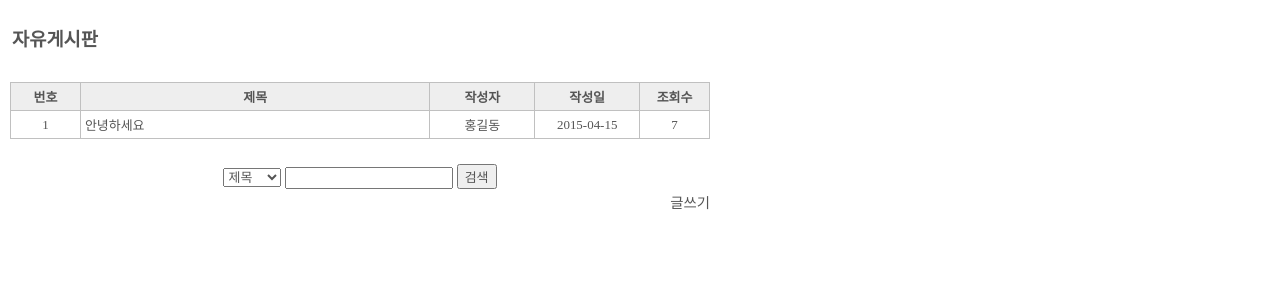
Repository: dntjr031/jsp_workspace
Page: http://localhost/Herbmall/board/list.jsp
The author's editor kept a copy of each file at every save. The page is drawn from the files as they stood at one save, then again after the next save.
The browser window is 1280 px wide. The pictures show the whole page.
The page is served by Tomcat 9. Other server files are loaded and not shown. Queries for data that is not in the repository find no rows.

Above is the page before, as saved 2020-06-09 03:34:24.

### Herbmall/WebContent/board/list.jsp
<%@page import="java.sql.SQLException"%>
<%@page import="com.herbmall.board.model.BoardVo"%>
<%@page import="java.util.List"%>
<%@page import="com.herbmall.board.model.boardDAO"%>
<%@page import="java.util.ArrayList"%>
<%@ page language="java" contentType="text/html; charset=utf-8" pageEncoding="utf-8"%>
<%
	//[1] write_ok.jsp 에서 등록이 완료되면 get방식으로 이동
	//[2] write.jsp 에서 [글목록]을 누르면 get방식으로 이동

	//1
	//2
	boardDAO dao = new boardDAO();
	List<BoardVo> list = null;

	try{
		list = dao.selectAll();
	}catch(SQLException e){
		e.printStackTrace();
	}

	//3
%>
<!DOCTYPE HTML>
<html lang="ko">
<head>
<title>자유게시판 글 목록 - 허브몰</title>
<meta charset="utf-8">
<link rel="stylesheet" type="text/css" href="../css/mainstyle.css" />
<link rel="stylesheet" type="text/css" href="../css/clear.css" />
<link rel="stylesheet" type="text/css" href="../css/formLayout.css" />
<link rel="stylesheet" type="text/css" href="../css/mystyle.css" />

<script type="text/javascript">

</script>
<style type="text/css">
	body{
		padding:5px;
		margin:5px;
	 }
</style>
</head>
<body>
<h2>자유게시판</h2>
<div class="divList">
<table class="box2"
	 	summary="기본 게시판에 관한 표로써, 번호, 제목, 작성자, 작성일, 조회수에 대한 정보를 제공합니다.">
	<caption>기본 게시판</caption>
	<colgroup>
		<col style="width:10%;" />
		<col style="width:50%;" />
		<col style="width:15%;" />
		<col style="width:15%;" />
		<col style="width:10%;" />
	</colgroup>
	<thead>
	  <tr>
	    <th scope="col">번호</th>
	    <th scope="col">제목</th>
	    <th scope="col">작성자</th>
	    <th scope="col">작성일</th>
	    <th scope="col">조회수</th>
	  </tr>
	</thead>
	<tbody>
		<%if(list == null){%>
			<tr>
				<td colspan="5" class="align_center">게시판 글이 존재하지 않습니다.</td>
			</tr>
		<%}else{%>
	  <!--게시판 내용 반복문 시작  -->
		<tr  style="text-align:center">
			<td>1</td>
			<td style="text-align:left"><a href="detail.jsp">안녕하세요</a></td>
			<td>홍길동</td>
			<td>2015-04-15</td>
			<td>7</td>
		</tr>
	  <!--반복처리 끝  -->
	  <% } //if %>
	  </tbody>
</table>
</div>
<div class="divPage">
	<!-- 페이지 번호 추가 -->

	<!-- [1][2][3][4][5][6][7][8][9][10] -->

	<!--  페이지 번호 끝 -->
</div>
<div class="divSearch">
   	<form name="frmSearch" method="post" action=''>
        <select name="searchCondition">
            <option value="title" >제목</option>
            <option value="content">내용</option>
            <option value="name">작성자</option>
        </select>
        <input type="text" name="searchKeyword" title="검색어 입력">
		<input type="submit" value="검색">
    </form>
</div>

<div class="divBtn">
    <a href='write.jsp' >글쓰기</a>
</div>

</body>
</html>

### Herbmall/src/com/herbmall/board/model/boardDAO.java
package com.herbmall.board.model;

import java.sql.Connection;
import java.sql.PreparedStatement;
import java.sql.ResultSet;
import java.sql.SQLException;
import java.sql.Timestamp;
import java.util.ArrayList;
import java.util.List;

import com.herbmall.db.ConnectionPoolMgr;

public class boardDAO {
	private ConnectionPoolMgr pool = null;

	public boardDAO() {
		pool = new ConnectionPoolMgr();
	}

	public int insertBoard(BoardVo vo) throws SQLException {
		Connection con = null;
		PreparedStatement ps = null;

		try {
			con = pool.getConnection();

			String sql = "insert into board(NO, NAME, PWD, TITLE, EMAIL, CONTENT)\n"
					+ "values(BOARD_SEQ.nextval, ?, ?, ?, ?, ?)";
			ps = con.prepareStatement(sql);

			ps.setString(1, vo.getName());
			ps.setString(2, vo.getPwd());
			ps.setString(3, vo.getTitle());
			ps.setString(4, vo.getEmail());
			ps.setString(5, vo.getContent());

			int cnt = ps.executeUpdate();
			System.out.println("글 등록 결과 cnt=" + cnt +", 매개변수 vo=" + vo);

			return cnt;
		} finally {
			pool.dbClose(con, ps);
		}
	}
	/**
	 *
	 * @return
	 * @throws SQLException
	 */
	public List<BoardVo> selectAll() throws SQLException {
		Connection con = null;
		PreparedStatement ps = null;
		ResultSet rs = null;

		try {
			con = pool.getConnection();

			String sql = "select * from board order by no desc";
			ps = con.prepareStatement(sql);

			rs = ps.executeQuery();

			List<BoardVo> list = new ArrayList<>();
			while (rs.next()) {
				int no = rs.getInt("no");
				String title = rs.getString("title");
				String name = rs.getString("name");
				String pwd = rs.getString("pwd");
				String email = rs.getString("email");
				String content = rs.getString("content");
				int readcount = rs.getInt("readcount");
				Timestamp regdate = rs.getTimestamp("regdate");

				BoardVo vo = new BoardVo(no, name, pwd, title, email, regdate, readcount, content);
				list.add(vo);
			}

			System.out.println("글목록 결과 list.size=" + list.size());
			return list;

		}finally {
			pool.dbClose(con, ps, rs);
		}
	}

}

### Herbmall/src/com/herbmall/db/ConnectionPoolMgr.java
package com.herbmall.db;

import java.sql.Connection;
import java.sql.DriverManager;
import java.sql.PreparedStatement;
import java.sql.ResultSet;
import java.sql.SQLException;

public class ConnectionPoolMgr {
	public ConnectionPoolMgr() {
		// 드라이버 연결
		try {
			Class.forName("oracle.jdbc.driver.OracleDriver");
			System.out.println("드라이버 로딩 성공!");
		} catch (ClassNotFoundException e) {
			System.out.println("드라이버 로딩 실패!");
			e.printStackTrace();
		}
	}

	public Connection getConnection(String user, String upwd, String url) throws SQLException {
		// con
		Connection con = DriverManager.getConnection(url, user, upwd);
		System.out.println("db연결 여부 con=" + con);

		return con;
	}

	public Connection getConnection(String user, String upwd) throws SQLException {
		// con
		String url = "jdbc:oracle:thin:@DESKTOP-Q8AMKFB:1521:xe";
		Connection con = getConnection(user, upwd,url);
		return con;
	}

	public Connection getConnection() throws SQLException {
		// con
		String url = "jdbc:oracle:thin:@DESKTOP-Q8AMKFB:1521:xe";
		String user="herb", password="herb123";

		Connection con = getConnection(user, password,url);
		return con;
	}

	public void dbClose(Connection con, PreparedStatement ps, ResultSet rs) throws SQLException {
		if (rs != null)
			rs.close();
		if (ps != null)
			ps.close();
		if (con != null)
			con.close();

	}

	public void dbClose(Connection con, PreparedStatement ps) throws SQLException {

		if (ps != null)
			ps.close();
		if (con != null)
			con.close();

	}
}

### Herbmall/WebContent/css/mainstyle.css
@CHARSET "utf-8";
/* body{margin:0} */

body, td, th, span, p{
	font-family: 맑은 고딕, 한컴돋움, 돋움;
	font-size: 0.9em;
	color:#555555;
}

td, th{
	padding:4px;
}

a:link{color:#555555;text-decoration:none}
a:visited{color:#555555;text-decoration:none}
a:hover{color:#047CC1;text-decoration:underline;}
a:active{color:#047CC1;text-decoration:underline;}

input,Textarea, select {
    font-family:맑은 고딕, 한컴돋움, 돋움;
	font-size: 0.9em;
	color:#555555;
}

table{
	margin: 0;
	padding: 0;
	border-collapse: collapse;
}

table.box, table.box2{
	margin: 0;
	padding: 0;
	border:  1px solid silver;
	border-collapse: collapse;
}

table.box2 th{
	background-color: #eeeeee;
	border:  1px solid silver ;
}

table.box2 td{
	border:  1px solid silver ;
}

td.line
{
	border-bottom: 1px solid silver;
}



table.box3{
	margin: 0;
	padding: 0;
	border-top:  1px solid silver;
	border-bottom:  1px solid silver;
	border-collapse: collapse;
}

table.box3 td{
	border-top:  1px solid silver;
	border-bottom:  1px solid silver;
}

.box4
{
	background-color: #eeeeee;
}

.divPdList{
	width:800px;
	padding:10px 5px 10px 0;
	margin:10px 0 35px 3px;
	border: 1px solid silver;
}

.errorMessage{
	color:red;
	font-size:0.8em;
}

### Herbmall/WebContent/css/clear.css
@CHARSET "utf-8";
body,div,dl,dt,dd,ul,ol,li,h1,h2,h3,h4,h5,h6,pre,form,fieldset,p,blockquote {
	margin:0;
	padding:0;
}
table {
	border-collapse:collapse;
	border-spacing:0;
}
fieldset,img {
	border:0;
}
address,caption,em,strong {
	font-style:normal;
	font-weight:normal;
}
ol,ul {
	list-style:none;
}
caption {
	text-align:left;
}
h1,h2,h3,h4,h5,h6 {
	font-size:100%;
	font-weight:normal;
}

### Herbmall/WebContent/css/formLayout.css
@CHARSET "UTF-8";
	.divForm div, .divForm label, .divForm .sp1{
		font-size:1.0em;
	}
	.divForm form, .divForm{
		width: 650px;
		}
	.divForm fieldset	{
		width: 90%;
		padding: 0;
		margin: 0 auto;
		border: 0;
		border-bottom: 2px solid #e2e2e2;
		}
	.divForm legend	{
		font-weight: bold;
		color: #555555; /* #7AA3EB; */
		padding: 10px 0;
		margin:10px 0;
		font-size: 1.3em;
		}
	.divForm div	{
		clear: both;
		border-bottom: 1px solid #eee;
		padding: 5px 0;
		margin: 0;
		overflow: auto;
		}
	.divForm .firstDiv	{
		border-top: 2px solid #e2e2e2/* #aacc00 */;
	}
	.divForm .lastDiv	{
		border-bottom: 1px solid silver;
	}

	.divForm label, .divForm .sp1	{
		width: 20%;
		float: left;
		text-align: right;
		padding: 3px 15px 0 0;
		clear: left;
		font-weight: bold;
		}
	.divForm input[type="text"], .divForm input[type="password"]{
		width: 55%;
		height: 1.2em;
		font-size: 0.9em;
		border: 1px solid #DCDDE3;
		}
	.divForm input[type="submit"], .divForm input[type="reset"],
	.divForm input[type="button"],	.divForm button{
		padding: 2px 10px;
		/* font-weight: bold; */
		/* color: #CD1076; */
		}
	.divForm textarea	{
		width: 70%;
		border: 1px solid #DCDDE3;
		float: left;
		}
	.divForm .center	{
		border: none;
		text-align: center;
		margin:10px 0;
		}
	.divForm select{
		border: 1px solid #DCDDE3;
		font-size: 0.9em;
		}
	.divForm .content{
		padding:25px;
		}


/* 표 css */
.divList, .divPage, .divSearch, .divRight, .divList table{
		width:700px;
	}
	.divList{
		margin:10px 0;
	}
	caption{
		visibility:hidden;
		font-size:0.1em;
	}
	.divPage{
		text-align:center;
		padding:5px 0;
	}
	.divSearch{
		text-align:center;
		padding:5px 0 2px 0;
	}
	.divBtn{
		text-align:right;
		width:700px;
	}
	.divBtn a{
		font-size:1.0em;
	}
	.divRight{
		text-align:right;
		width:700px;
	}

### Herbmall/WebContent/css/mystyle.css
@CHARSET "UTF-8";
h2{
	font-size:1.3em;
	font-weight:bold;
	margin:7px 2px 15px 2px;
	padding:7px 0
}

h3{
	font-size:1.2em;
	font-weight:bold;
	margin:5px 2px 5px 2px;
	padding:5px 0
}
/* body{
	padding:5px;
	margin:5px;
 }*/

.align_right{
	text-align: right;
}

.align_left{
	text-align: left;
}

.align_center{
	text-align: center;
}

After the next save:
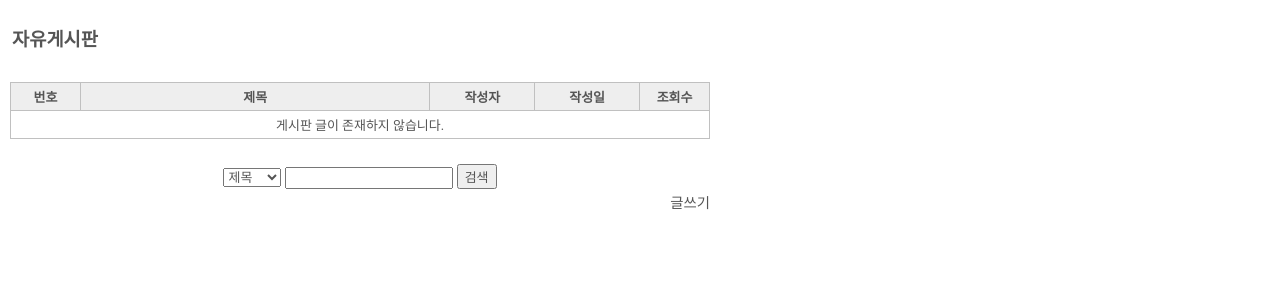
Saved 19 s later.
--- a/Herbmall/WebContent/board/list.jsp
+++ b/Herbmall/WebContent/board/list.jsp
@@ -64,7 +64,7 @@
 	  </tr>
 	</thead>
 	<tbody>
-		<%if(list == null){%>
+		<%if(list == null || list.isEmpty()){%>
 			<tr>
 				<td colspan="5" class="align_center">게시판 글이 존재하지 않습니다.</td>
 			</tr>
